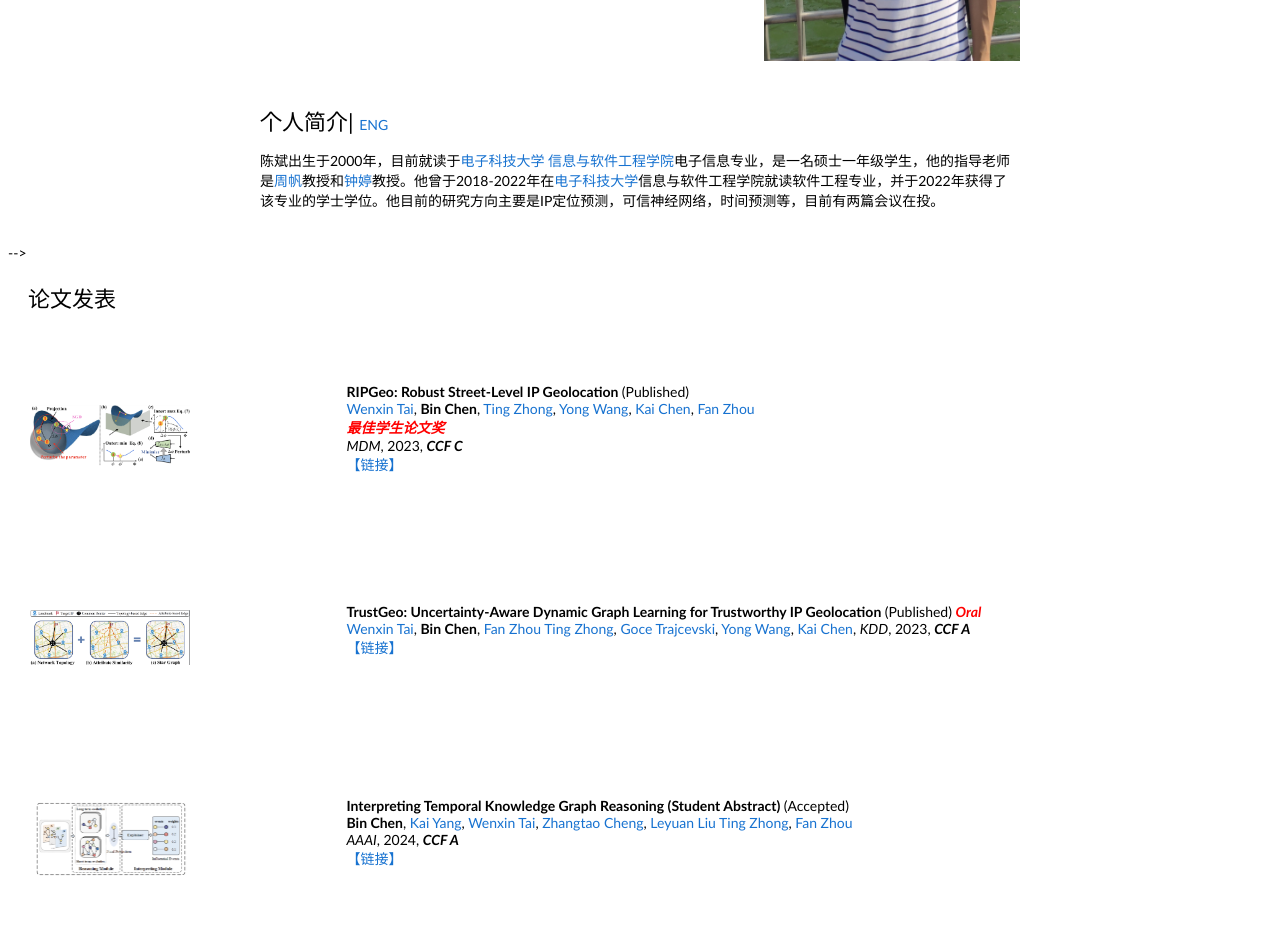
Repository: b1nchen/b1nchen.github.io
Page: index_CHN.html
The author's editor kept a copy of each file at every save. The page is drawn from the files as they stood at one save, then again after the next save.
The browser window is 1280 px wide. The pictures show the part of the page from y = 367 to 1319 px (the page is 2028 px tall before and 2011 px after).
A picture or video elsewhere on the page could not be fetched, so the positions and the page height are approximate.

Above is the page before, as saved 2023-12-31 10:01:14.

### index_CHN.html
<!DOCTYPE HTML>
<html lang="en">

<head>
  <meta http-equiv="Content-Type" content="text/html; charset=UTF-8">

  <title>Bin Chen</title>

  <meta name="author" content="Bin Chen">
  <meta name="viewport" content="width=device-width, initial-scale=1">

  <link rel="stylesheet" type="text/css" href="stylesheet.css">
  <link rel="icon" href="images/uestc_icon.jpeg">
</head>

<body>
  <table
    style="width:100%;max-width:800px;border:0px;border-spacing:0px;border-collapse:separate;margin-right:auto;margin-left:auto;">
    <tbody>
      <tr style="padding:0px">
        <td style="padding:0px">
          <table
            style="width:100%;border:0px;border-spacing:0px;border-collapse:separate;margin-right:auto;margin-left:auto;">
            <tbody>
              <tr style="padding:0px">
                <td style="padding:2.5%;width:63%;vertical-align:middle">
                  <p style="text-align:center">
                    <name>陈斌</name>
                  </p>
                  <p>我目前正在<a href="https://en.uestc.edu.cn/">电子科技大学 (UESTC)</a>进行研究生阶段学习，目前是研究生二年级，我的指导老师是 <a
                      href="https://scholar.google.com/citations?user=Ihj2Rw8AAAAJ">周帆</a>教授和<a
                      href="https://scholar.google.com/citations?user=Mdr0XDkAAAAJ">钟婷</a>教授。
                  </p>
                  <p>
                    我的研究领域为时序知识图谱推理, IP定位, 可信神经网络等，此外我同时也在研究图神经网络。
                  </p>
                  <p style="font-family: 'Courier New', Courier, monospace;">
                    <b style="font-family: 'Times New Roman', Times, serif;">邮箱:</b> binchen4110@gmail.com
                    <br>
                    <!-- &nbsp &nbsp &nbsp
                    haoyang[dot]yu417[at]outlook.com <br> -->


                  </p>
                  <p style="text-align:center">
                    <!-- <a href="resume/resume_chn.pdf">个人简历</a> &nbsp/&nbsp -->
                    <a href="https://scholar.google.com/citations?user=x3ufhFAAAAAJ/">谷歌学术</a>
                    &nbsp/&nbsp
                    <a href="https://github.com/binchen4110/">Github</a>
                  </p>

                </td>
                <td style="padding:2.5%;width:40%;max-width:40%">
                  <a href="images/profile.jpg"><img style="width:100%;max-width:100%" alt="profile photo"
                      src="images/profile.jpg" class="hoverZoomLink"></a>
                </td>
              </tr>
            </tbody>
          </table>

          <table
            style="width:100%;border:0px;border-spacing:0px;border-collapse:separate;margin-right:auto;margin-left:auto;">
            <tbody>
              <tr>
                <td style="padding:20px;width:100%;vertical-align:middle">
                  <heading>个人简介| <a href="index.html">ENG</a>
                  </heading>
                  <p>
                    陈斌出生于2000年，目前就读于<a
                    href="https://www.uestc.edu.cn/">电子科技大学</a>  <a
                    href="https://www.sise.uestc.edu.cn/">信息与软件工程学院</a>电子信息专业，是一名硕士一年级学生，他的指导老师是<a
                      href="https://scholar.google.com/citations?user=Ihj2Rw8AAAAJ">周帆</a>教授和<a
                      href="https://scholar.google.com/citations?user=Mdr0XDkAAAAJ">钟婷</a>教授。他曾于2018-2022年在<a href="https://www.uestc.edu.cn/">电子科技大学</a>信息与软件工程学院就读软件工程专业，并于2022年获得了该专业的学士学位。他目前的研究方向主要是IP定位预测，可信神经网络，时间预测等，目前有两篇会议在投。<br>

                  </p>
                </td>
              </tr>
            </tbody>
          </table>
          <table
            style="width:100%;border:0px;border-spacing:0px;border-collapse:separate;margin-right:auto;margin-left:auto;">
            <tbody>

            </tbody>
          </table>

          <!-- <table
            style="width:100%;border:0px;border-spacing:0px;border-collapse:separate;margin-right:auto;margin-left:auto;">
            <tbody>
              <tr>
                <td style="padding:20px;width:100%;vertical-align:middle">
                  <heading>教育经历</heading>
                </td>
              </tr>
            </tbody>
          </table>
          <table width="100%" align="center" border="0" cellpadding="20">
            <tbody>

              <tr>
                <td style="padding:20px;width:25%;vertical-align:middle">
                  <div class="flexbox">
                    <img src='images/uestc_icon.jpeg' width="100px">
                  </div>
                </td>
                <td style="padding:20px;width:75%;vertical-align:middle">
                  <p>电子科技大学信息与软件工程学院，软件工程，工学学士，<em>2018 -  2022 </em></p>
                  <ul>
                    <li>
                      2019 - 2020 学业二等奖学金
                    </li>
                    <li>
                      2021 - 2022 学业标兵奖学金
                    </li>
                    <li>
                      GPA: 3.65/4.0
                    </li>
                  </ul>
                  <p> </p>
                </td>
              </tr>


              <tr>
                <td style="padding:20px;width:25%;vertical-align:middle">
                  <div class="flexbox">
                    <img src='images/uestc_icon.jpeg' width="100px">
                  </div>
                </td>
                <td style="padding:20px;width:75%;vertical-align:middle">
                  <p>电子科技大学信息员软件工程学院，电子信息，硕士研究生，<em>2022 - 至今</em></p>
                  <ul>
                    <li>2022 - 2023 研究生三等学业奖学金</li>
                  </ul>
                </td>
              </tr>


              <!-- <tr>
                <td align="center" style="padding:20px;width:25%;vertical-align:middle">
                  <heading>Basically <br> Blog Posts</heading>
                </td>
                <td width="75%" valign="middle">
                  <a href="https://arxiv.org/abs/2112.11687">Squareplus: A Softplus-Like Algebraic Rectifier</a>
                  <br>
                  <a href="https://arxiv.org/abs/2010.09714">A Convenient Generalization of Schlick's Bias and Gain
                    Functions</a>
                  <br>
                  <a href="https://arxiv.org/abs/1704.07483">Continuously Differentiable Exponential Linear Units</a>
                </td>
              </tr> -->


            </tbody>
          </table> -->

          <table width="100%" align="center" border="0" cellspacing="0" cellpadding="20">
            <tbody>
              <tr>
                <td>
                  <heading>论文发表</heading>
                </td>
              </tr>
            </tbody>
          </table>
          <table width="100%" align="center" border="0" cellpadding="20">
            <tbody>

              <!-- MDM 2023 -->
                <tr onmouseout="ripgeo_data()" onmouseover="ripgeo_para()">
                  <td style="padding:20px;width:25%;vertical-align:middle">
                    <div class="one">
                      <div class="two" id='data'>
                        <img src='images/ripgeo_perturb_data.png' width="160">


                      </div>
                      <img src="images/ripgeo_perturb_para.png" width="160">
                    </div>
                    <script type="text/javascript">
                      function ripgeo_data() {
                        document.getElementById('data').style.opacity = "0";
                      }

                      function ripgeo_para() {
                        document.getElementById('data').style.opacity = "1";
                      }
                      ripgeo_data()
                    </script>
                  </td>
                  <td style="padding:20px;width:75%;vertical-align:middle">

                    <papertitle>RIPGeo: Robust Street-Level IP Geolocation </papertitle>(Published)

                    <br>
                    <a href="https://scholar.google.com/citations?user=YyxocAIAAAAJ">Wenxin Tai</a>,
                    <strong>Bin Chen</strong>,
                    <a href="https://scholar.google.com/citations?user=Mdr0XDkAAAAJ">Ting Zhong</a>,
                    <a>Yong Wang</a>,
                    <a href="https://scholar.google.com/citations?user=tnRV5QYAAAAJ">Kai Chen</a>,
                    <a href="https://scholar.google.com/citations?user=Ihj2Rw8AAAAJ">Fan Zhou</a>

                    <br>
                    <em><b style="color:red">最佳学生论文奖</b></em>
                    <br>
                    <em>MDM</em>, 2023, <em><strong>CCF C</strong></em>
                    <br>
                    <a href="https://drive.google.com/file/d/1j4smzenp6JkSxMC43B8BnPLQ7Mr1zgMb/view?usp=sharing">【链接】</a>

                    <!-- <a href="https://ieeexplore.ieee.org/document/9747900">链接</a>,
                    <a href="https://youtu.be/uT1pEfHbo14">视频</a>,
                    <a href="papers/ICASSP_5513_poster.pdf">海报</a>,
                    <a href="papers/ICASSP_slides.pptx">幻灯片</a>,
                    <a href="papers/ICASSP_2022_FUFI.pdf">下载</a>
                    <p></p>
                    <p>We incorporate evidential learning into IP geolocation to improve the stability of the system.. -->
                    </p>
                  </td>
                </tr>


                <!-- KDD 2023 -->
                <tr onmouseout="FUFI_intro()" onmouseover="FUFI_end()">
                  <td style="padding:20px;width:25%;vertical-align:middle">
                    <div class="one">
                      <div class="two" id='method'>
                        <img src='images/trustgeo_method.png' width="160">


                      </div>
                      <img src="images/trustgeo_model.png" width="160">
                    </div>
                    <script type="text/javascript">
                      function FUFI_intro() {
                        document.getElementById('method').style.opacity = "0";
                      }

                      function FUFI_end() {
                        document.getElementById('method').style.opacity = "1";
                      }
                      FUFI_intro()
                    </script>
                  </td>
                  <td style="padding:20px;width:75%;vertical-align:middle">

                    <papertitle>TrustGeo: Uncertainty-Aware Dynamic Graph Learning for Trustworthy IP Geolocation </papertitle>(Published) <em><b style="color:red">Oral</b></em>
                    <br>
                    <a href="https://scholar.google.com/citations?user=YyxocAIAAAAJ">Wenxin Tai</a>,
                    <strong>Bin Chen</strong>,
                    <a href="https://scholar.google.com/citations?user=Ihj2Rw8AAAAJ">Fan Zhou</a>
                    <a href="https://scholar.google.com/citations?user=Mdr0XDkAAAAJ">Ting Zhong</a>,
                    <a href="https://scholar.google.com/citations?user=Avus2kcAAAAJ">Goce Trajcevski</a>,
                    <a>Yong Wang</a>,
                    <a href="https://scholar.google.com/citations?user=tnRV5QYAAAAJ">Kai Chen</a>,

                    <em>KDD</em>, 2023, <em><strong>CCF A</strong></em>
                    <br>
                    <a href="https://drive.google.com/file/d/1PgxtmzdQAYr9Ti3rvHGgnyf05PbP-WwI/view?usp=drive_link">【链接】</a>
                    <!-- <a href="https://ieeexplore.ieee.org/document/9747900">链接</a>,
                    <a href="https://youtu.be/uT1pEfHbo14">视频</a>,
                    <a href="papers/ICASSP_5513_poster.pdf">海报</a>,
                    <a href="papers/ICASSP_slides.pptx">幻灯片</a>,
                    <a href="papers/ICASSP_2022_FUFI.pdf">下载</a>
                    <p></p>
                    <p>We incorporate evidential learning into IP geolocation to improve the stability of the system.. -->
                    </p>
                  </td>
                </tr>

              <!-- AAAI 2024 poster TKG -->
             <tr onmouseout="FUFI_intro()" onmouseover="FUFI_end()">
              <td style="padding:20px;width:25%;vertical-align:middle">
                <div class="one">
                  <div class="two" id='method'>
                    <img src='images/poster_tkg_model.png' width="160">


                  </div>
                  <img src="images/poster_tkg_model.png" width="160">
                </div>
                <script type="text/javascript">
                  function FUFI_intro() {
                    document.getElementById('method').style.opacity = "0";
                  }

                  function FUFI_end() {
                    document.getElementById('method').style.opacity = "1";
                  }
                  FUFI_intro()
                </script>
              </td>
              <td style="padding:20px;width:75%;vertical-align:middle">

                <papertitle>Interpreting Temporal Knowledge Graph Reasoning (Student Abstract) </papertitle>(Accepted)


                <br>
                <strong>Bin Chen</strong>,
                <a >Kai Yang</a>,
                <a href="https://scholar.google.com/citations?user=YyxocAIAAAAJ">Wenxin Tai</a>,
                <a href="https://scholar.google.com/citations?user=CU28LO0AAAAJ">Zhangtao Cheng</a>,
                <a >Leyuan Liu</a>
                <a href="https://scholar.google.com/citations?user=Mdr0XDkAAAAJ">Ting Zhong</a>,
                <a href="https://scholar.google.com/citations?user=Ihj2Rw8AAAAJ">Fan Zhou</a>

                <br>
                <em>AAAI</em>, 2024, <em><strong>CCF A</strong></em>
                <br>

                <a href="https://drive.google.com/file/d/1ImUhgVkMv5C81vaafmy5OZgBbMWER7VD/view?usp=sharing">【链接】</a>
                <!-- <a href="https://ieeexplore.ieee.org/document/9747900">链接</a>,
                <a href="https://youtu.be/uT1pEfHbo14">视频</a>,
                <a href="papers/ICASSP_5513_poster.pdf">海报</a>,
                <a href="papers/ICASSP_slides.pptx">幻灯片</a>,
                <a href="papers/ICASSP_2022_FUFI.pdf">下载</a>
                <p></p>
                <p>We incorporate evidential learning into IP geolocation to improve the stability of the system.. -->
                </p>
              </td>
            </tr>

            <!-- AAAI 2024 poster SE -->
            <tr onmouseout="FUFI_intro()" onmouseover="FUFI_end()">
              <td style="padding:20px;width:25%;vertical-align:middle">
                <div class="one">
                  <div class="two" id='method'>
                    <img src='images/poster_se_model.png' width="160">


                  </div>
                  <img src="images/poster_se_model.png" width="160">
                </div>
                <script type="text/javascript">
                  function FUFI_intro() {
                    document.getElementById('method').style.opacity = "0";
                  }

                  function FUFI_end() {
                    document.getElementById('method').style.opacity = "1";
                  }
                  FUFI_intro()
                </script>
              </td>
              <td style="padding:20px;width:75%;vertical-align:middle">

                <papertitle>Shallow Diffusion for Fast Speech Enhancement (Student Abstract) </papertitle>(Accepted) <em><b style="color:red">Oral</b></em>


                <br>
                <a >Yue Lei</a>,
                <strong>Bin Chen</strong>,
                <a href="https://scholar.google.com/citations?user=YyxocAIAAAAJ">Wenxin Tai</a>,
                <a href="https://scholar.google.com/citations?user=Mdr0XDkAAAAJ">Ting Zhong</a>,
                <a href="https://scholar.google.com/citations?user=Ihj2Rw8AAAAJ">Fan Zhou</a>

                <br>
                <em>AAAI</em>, 2024, <em><strong>CCF A</strong></em>
                <br>

                <a href="https://drive.google.com/file/d/1vhuNWVOHZbYhlZzuUdz6WUCO4DCSFOf0/view?usp=sharing">【链接】</a>
                <!-- <a href="https://ieeexplore.ieee.org/document/9747900">链接</a>,
                <a href="https://youtu.be/uT1pEfHbo14">视频</a>,
                <a href="papers/ICASSP_5513_poster.pdf">海报</a>,
                <a href="papers/ICASSP_slides.pptx">幻灯片</a>,
                <a href="papers/ICASSP_2022_FUFI.pdf">下载</a>
                <p></p>
                <p>We incorporate evidential learning into IP geolocation to improve the stability of the system.. -->
                </p>
              </td>
            </tr>


              </tbody>
          </table>

          <table
          style="width:100%;border:0px;border-spacing:0px;border-collapse:separate;margin-right:auto;margin-left:auto;">
          <tbody>
            <tr>
              <td style="padding:20px;width:100%;vertical-align:middle">
                <heading>Competitions and Awards</heading>
                <p>
                  <ol>
                    <li>2023年松山湖人民网人工智能挑战赛亚军 (社交媒体虚假消息检测赛道) , 2023 <a href="http://gd.people.com.cn/n2/2023/1223/c123932-40689513.html">【链接】</a></li>
                    <li>第24届 IEEE International Conference on Mobile Data Management (MDM) 最佳学生论文奖， 2023</li>

                  </ol>
                </p>

              </td>
            </tr>
          </tbody>
        </table>
        </td>
      </tr>
  </table>
  <center>
  <p>
    <font size="2">
      <font size="2">
        <font size="2">&nbsp;<br>自2023年2月来的第
          &nbsp; <a href="https://www.easycounter.com/">
            <img src="https://www.easycounter.com/counter.php?hyson"
            border="0" alt="Web Site Hit Counter"></a> <i>
            <font face="Arial" size="2"></font>
          </i></font>位独立访客
      </font>
    </font>
  </p>


  <!-- <p><script type="text/javascript" id="clustrmaps" src="//clustrmaps.com/map_v2.js?d=zTeQ7rUwgmcb-VHkgGnJarI7gvpzTVAFessGPwxe0HU&cl=ffffff&w=a"></script></p> -->
  <p style="color: #AAAAAA;">© 2023 陈斌 | Powered by <a href="https://pattonyu.github.io/">余昊扬</a> and <a href="https://jonbarron.info/">Jon Barron </a> | 更新时间
      2023-02-28 |
      友情链接: <a href="https://xovee.cn">Xovee Xu</a></p>
  </center>
</body>

</html>

### stylesheet.css
/* latin-ext */
@font-face {
  font-family: 'Lato';
  font-style: italic;
  font-weight: 400;
  src: local('Lato Italic'), local('Lato-Italic'), url(https://fonts.gstatic.com/s/lato/v15/S6u8w4BMUTPHjxsAUi-qNiXg7eU0.woff2) format('woff2');
  unicode-range: U+0100-024F, U+0259, U+1E00-1EFF, U+2020, U+20A0-20AB, U+20AD-20CF, U+2113, U+2C60-2C7F, U+A720-A7FF;
}
/* latin */
@font-face {
  font-family: 'Lato';
  font-style: italic;
  font-weight: 400;
  src: local('Lato Italic'), local('Lato-Italic'), url(https://fonts.gstatic.com/s/lato/v15/S6u8w4BMUTPHjxsAXC-qNiXg7Q.woff2) format('woff2');
  unicode-range: U+0000-00FF, U+0131, U+0152-0153, U+02BB-02BC, U+02C6, U+02DA, U+02DC, U+2000-206F, U+2074, U+20AC, U+2122, U+2191, U+2193, U+2212, U+2215, U+FEFF, U+FFFD;
}
/* latin-ext */
@font-face {
  font-family: 'Lato';
  font-style: italic;
  font-weight: 700;
  src: local('Lato Bold Italic'), local('Lato-BoldItalic'), url(https://fonts.gstatic.com/s/lato/v15/S6u_w4BMUTPHjxsI5wq_FQftx9897sxZ.woff2) format('woff2');
  unicode-range: U+0100-024F, U+0259, U+1E00-1EFF, U+2020, U+20A0-20AB, U+20AD-20CF, U+2113, U+2C60-2C7F, U+A720-A7FF;
}
/* latin */
@font-face {
  font-family: 'Lato';
  font-style: italic;
  font-weight: 700;
  src: local('Lato Bold Italic'), local('Lato-BoldItalic'), url(https://fonts.gstatic.com/s/lato/v15/S6u_w4BMUTPHjxsI5wq_Gwftx9897g.woff2) format('woff2');
  unicode-range: U+0000-00FF, U+0131, U+0152-0153, U+02BB-02BC, U+02C6, U+02DA, U+02DC, U+2000-206F, U+2074, U+20AC, U+2122, U+2191, U+2193, U+2212, U+2215, U+FEFF, U+FFFD;
}
/* latin-ext */
@font-face {
  font-family: 'Lato';
  font-style: normal;
  font-weight: 400;
  src: local('Lato Regular'), local('Lato-Regular'), url(https://fonts.gstatic.com/s/lato/v15/S6uyw4BMUTPHjxAwXiWtFCfQ7A.woff2) format('woff2');
  unicode-range: U+0100-024F, U+0259, U+1E00-1EFF, U+2020, U+20A0-20AB, U+20AD-20CF, U+2113, U+2C60-2C7F, U+A720-A7FF;
}
/* latin */
@font-face {
  font-family: 'Lato';
  font-style: normal;
  font-weight: 400;
  src: local('Lato Regular'), local('Lato-Regular'), url(https://fonts.gstatic.com/s/lato/v15/S6uyw4BMUTPHjx4wXiWtFCc.woff2) format('woff2');
  unicode-range: U+0000-00FF, U+0131, U+0152-0153, U+02BB-02BC, U+02C6, U+02DA, U+02DC, U+2000-206F, U+2074, U+20AC, U+2122, U+2191, U+2193, U+2212, U+2215, U+FEFF, U+FFFD;
}
/* latin-ext */
@font-face {
  font-family: 'Lato';
  font-style: normal;
  font-weight: 700;
  src: local('Lato Bold'), local('Lato-Bold'), url(https://fonts.gstatic.com/s/lato/v15/S6u9w4BMUTPHh6UVSwaPGQ3q5d0N7w.woff2) format('woff2');
  unicode-range: U+0100-024F, U+0259, U+1E00-1EFF, U+2020, U+20A0-20AB, U+20AD-20CF, U+2113, U+2C60-2C7F, U+A720-A7FF;
}
/* latin */
@font-face {
  font-family: 'Lato';
  font-style: normal;
  font-weight: 700;
  src: local('Lato Bold'), local('Lato-Bold'), url(https://fonts.gstatic.com/s/lato/v15/S6u9w4BMUTPHh6UVSwiPGQ3q5d0.woff2) format('woff2');
  unicode-range: U+0000-00FF, U+0131, U+0152-0153, U+02BB-02BC, U+02C6, U+02DA, U+02DC, U+2000-206F, U+2074, U+20AC, U+2122, U+2191, U+2193, U+2212, U+2215, U+FEFF, U+FFFD;
}

a {
  color: #1772d0;
  text-decoration: none;
}

a:focus,
a:hover {
  color: #f09228;
  text-decoration: none;
}

body,
td,
th,
tr,
p,
a {
  font-family: 'Lato', Verdana, Helvetica, sans-serif;
  font-size: 14px
}

strong {
  font-family: 'Lato', Verdana, Helvetica, sans-serif;
  font-size: 14px;
}

heading {
  font-family: 'Lato', Verdana, Helvetica, sans-serif;
  font-size: 22px;
}

papertitle {
  font-family: 'Lato', Verdana, Helvetica, sans-serif;
  font-size: 14px;
  font-weight: 700
}

name {
  font-family: 'Courier New', Courier, monospace;
  font-size: 32px;
}


.flexbox{
  width: 160px;
  height: 160px;
  display: flex;
  align-items: center;
  justify-items: center;
  /* text-align: center; */
}

.flexbox img{
  justify-items: center;
  align-items: center;
  /* text-align: center; */
}


.one {
  width: 160px;
  height: 160px;
  display: flex;
  position: relative;
  align-items: center;
}

.one img{
  width: 160px;
  align-items: center;
}

.two {
  width: 160px;
  height: 160px;
  display: flex;
  position: absolute;
  transition: opacity .2s ease-in-out;
  -moz-transition: opacity .2s ease-in-out;
  -webkit-transition: opacity .2s ease-in-out;
  align-items: center;
}

.two img{
  width: 160px;
  align-items: center;
}

.fade {
  transition: opacity .2s ease-in-out;
  -moz-transition: opacity .2s ease-in-out;
  -webkit-transition: opacity .2s ease-in-out;
}

span.highlight {
  background-color: #ffffd0;
}

After the next save:
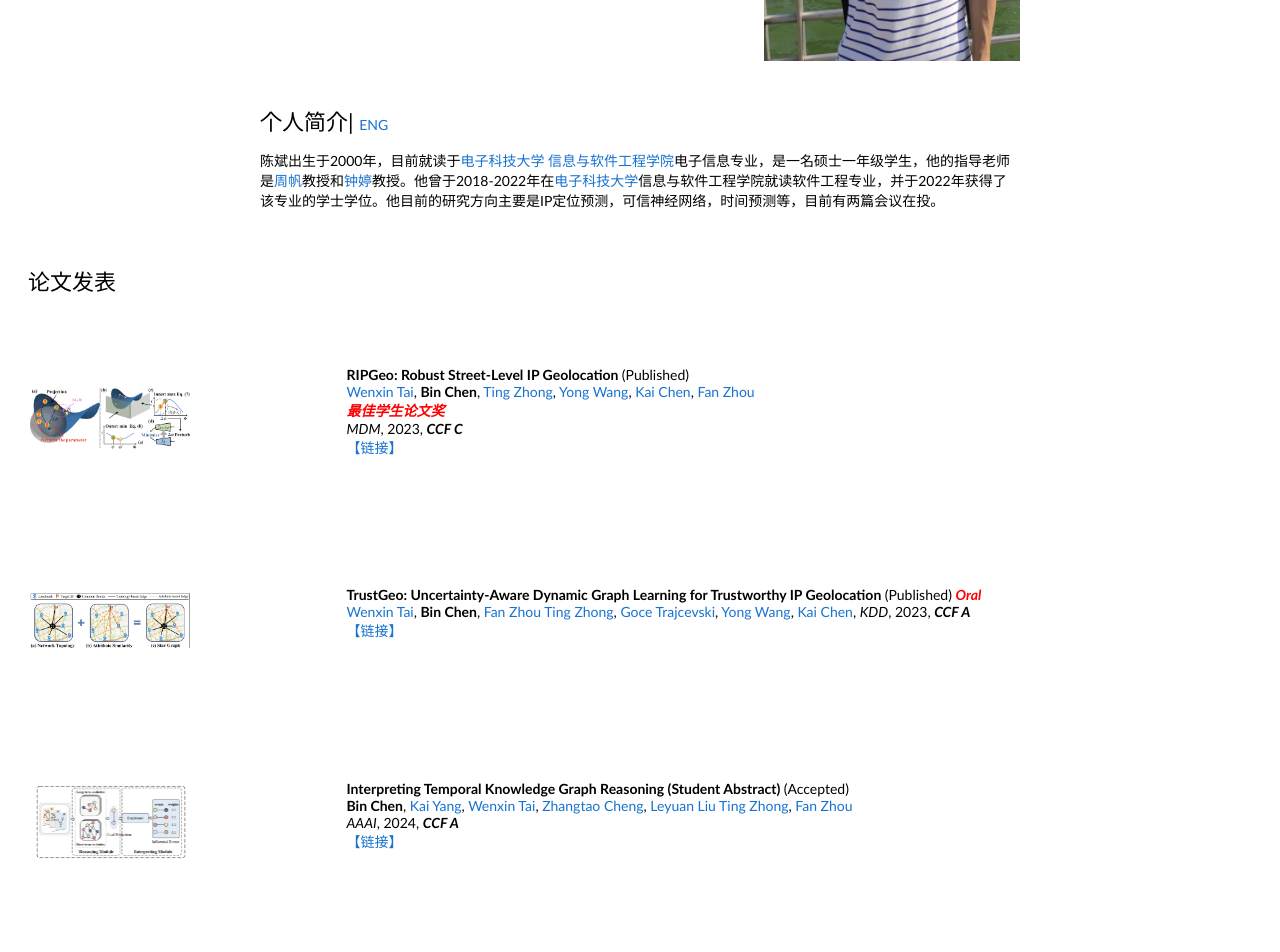
Saved 3 min 32 s later.
--- a/index_CHN.html
+++ b/index_CHN.html
@@ -136,7 +136,7 @@
               </tr>
 
 
-              <!-- <tr>
+              <tr>
                 <td align="center" style="padding:20px;width:25%;vertical-align:middle">
                   <heading>Basically <br> Blog Posts</heading>
                 </td>
@@ -152,7 +152,7 @@
 
 
             </tbody>
-          </table> -->
+          </table>
 
           <table width="100%" align="center" border="0" cellspacing="0" cellpadding="20">
             <tbody>
